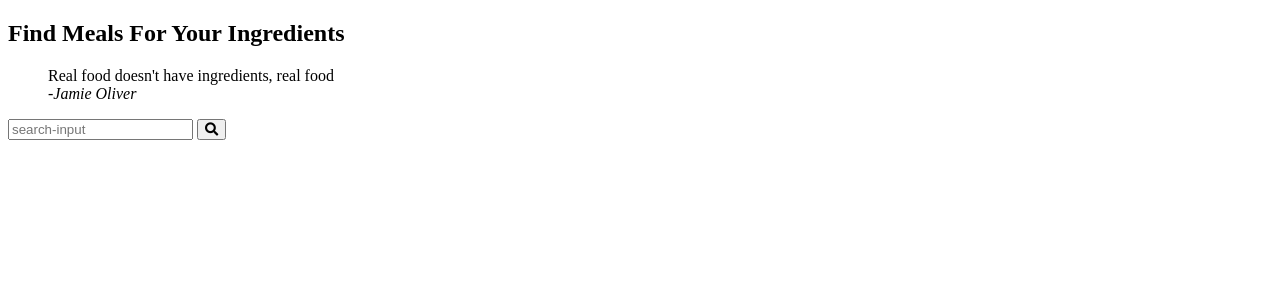
Repository: HUUDUC1998/food-recipe-app-project
Page: index.html
These files come from the project's save history. The page is drawn as it stood at one moment and after the next save; the edit follows.
The browser window is 1280 px wide. The pictures show the whole page.
Some web libraries are served in a nearby version.

Above is the page before, as saved 2022-02-08 23:49:05.

### index.html
<!DOCTYPE html>
<html lang="en">
<head>
    <meta charset="UTF-8">
    <meta http-equiv="X-UA-Compatible" content="IE=edge">
    <meta name="viewport" content="width=device-width, initial-scale=1.0">
    <link rel="stylesheet" href="/index.css">
    <link href="https://cdnjs.cloudflare.com/ajax/libs/font-awesome/5.13.0/css/all.min.css" rel="stylesheet">
    <title>Food Recipe App </title>
</head>
<body>
    <div class="container">
        <div class="meal-wrapper">
            <div class="meal-search">
                <h2 class="title">Find Meals For Your Ingredients</h2>
                <blockquote>Real food doesn't have ingredients, real food<br><cite>-Jamie Oliver</cite></blockquote>
                <div class="meal-search-box">
                    <input type="text" class="search-content" placeholder="search-input">
                    <button type="submit" class="search-btn btn" id="search-btn"><i class="fas fa-search"></i></button>
                </div>
            </div>
        </div>
    </div>
    <script src="/index.js"></script>
</body>
</html>

### index.css
@import url("https://fonts.googleapis.com/css2?family=Open+Sans:wght@300&family=Poppins:wght@200;300;500;700;800&display=swap");

Loaded but not shown: index.js (no stored copy; drawn as an empty file)

After the next save:
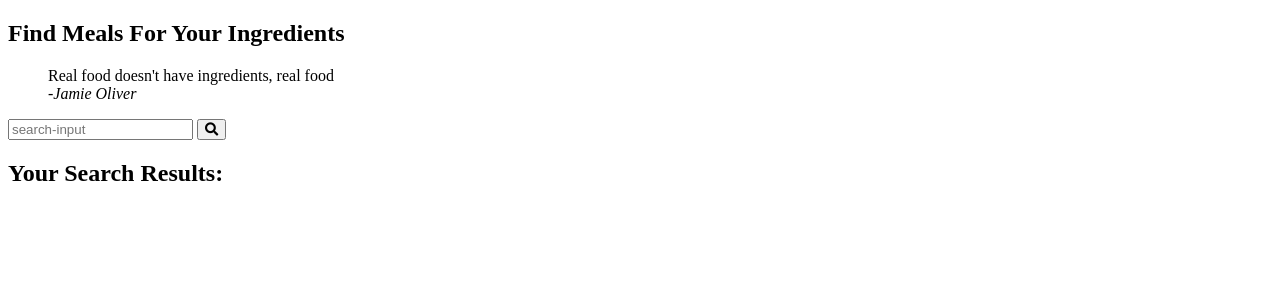
Saved 112 s later.
--- a/index.html
+++ b/index.html
@@ -19,6 +19,14 @@
                     <button type="submit" class="search-btn btn" id="search-btn"><i class="fas fa-search"></i></button>
                 </div>
             </div>
+            <div class="meal-result">
+                <h2 class="title">Your Search Results:</h2>
+                <div id="meal">
+                    <!-- Meal item -->
+
+                    <!-- Meal item -->
+                </div>
+            </div>
         </div>
     </div>
     <script src="/index.js"></script>
